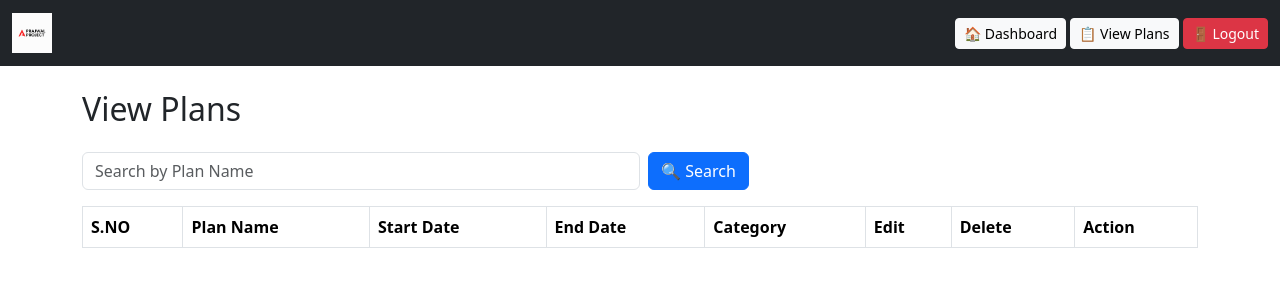
Repository: PRAJWALSINKAR/Spring_boot_Major_Projects
Page: http://localhost/view-plan
These files come from the project's save history. The page is drawn as it stood at one moment and after the next save; the edit follows.
The browser window is 1280 px wide. The pictures show the whole page.
The page is this project's Thymeleaf template; nobody is signed in. The template is opened directly, without the code that normally fills it, so the values that code supplies are empty.

Above is the page before, as saved 2025-08-06 18:20:26.

After the next save:
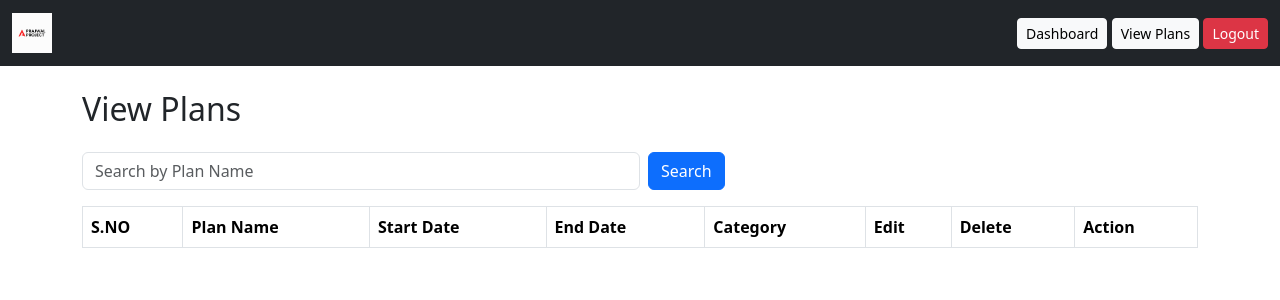
Saved 69 s later.
--- a/IES-Integrated_Eligibility_system/src/main/resources/templates/view-plan.html
+++ b/IES-Integrated_Eligibility_system/src/main/resources/templates/view-plan.html
@@ -19,9 +19,9 @@
             <img th:src="@{/images/myName-Logo.png}" alt="Logo" width="40" height="40"/>
         </a>
         <div class="ms-auto">
-            <a href="/dashboard" class="btn btn-light btn-sm">🏠 Dashboard</a>
-            <a href="/plan/view" class="btn btn-light btn-sm">📋 View Plans</a>
-            <a href="/logout" class="btn btn-danger btn-sm">🚪 Logout</a>
+            <a href="/dashboard" class="btn btn-light btn-sm">Dashboard</a>
+            <a href="/plan/view" class="btn btn-light btn-sm">View Plans</a>
+            <a href="/logout" class="btn btn-danger btn-sm">Logout</a>
         </div>
     </div>
 </nav>
@@ -32,7 +32,7 @@
     <!-- Search -->
     <form method="get" th:action="@{/plan/view}" class="mb-3 d-flex">
         <input type="text" name="name" th:value="${searchName}" class="form-control w-50 me-2" placeholder="Search by Plan Name"/>
-        <button type="submit" class="btn btn-primary">🔍 Search</button>
+        <button type="submit" class="btn btn-primary">Search</button>
     </form>
 
     <!-- Plan Table -->
